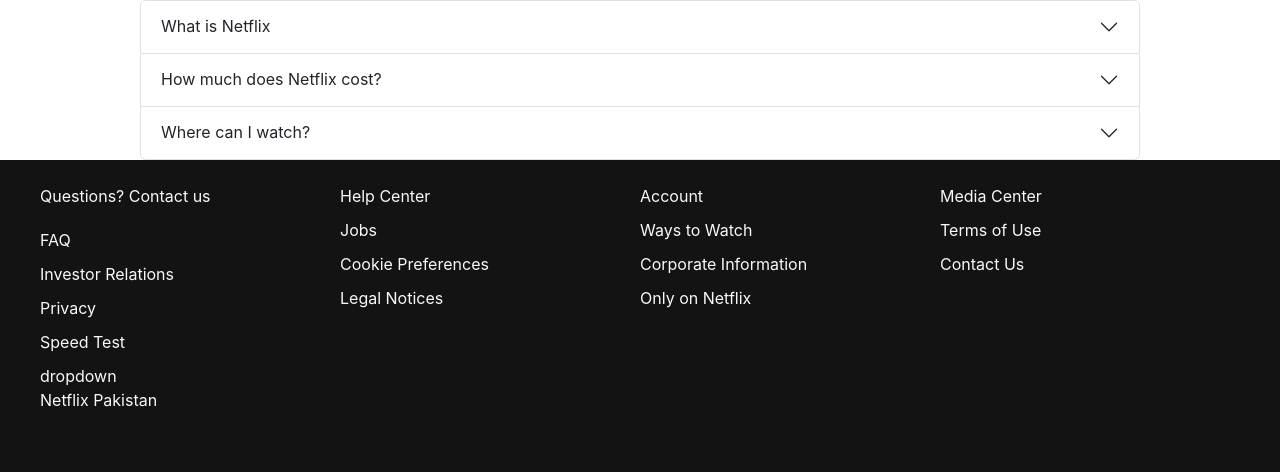
Repository: WajihaGul/Netflix-Clone
Page: /
The author's editor kept a copy of each file at every save. The page is drawn from the files as they stood at one save, then again after the next save.
The browser window is 1280 px wide. The pictures show the part of the page from y = 621 to 1252 px (the page is 1093 px tall before and 1252 px after).
The project was rebuilt for these pictures with package versions that can differ from the ones it lists, and the page was loaded fresh each time. Also part of the build but not shown: src/App.css.

Above is the page before, as saved 2024-05-24 15:09:42.

After the next save:
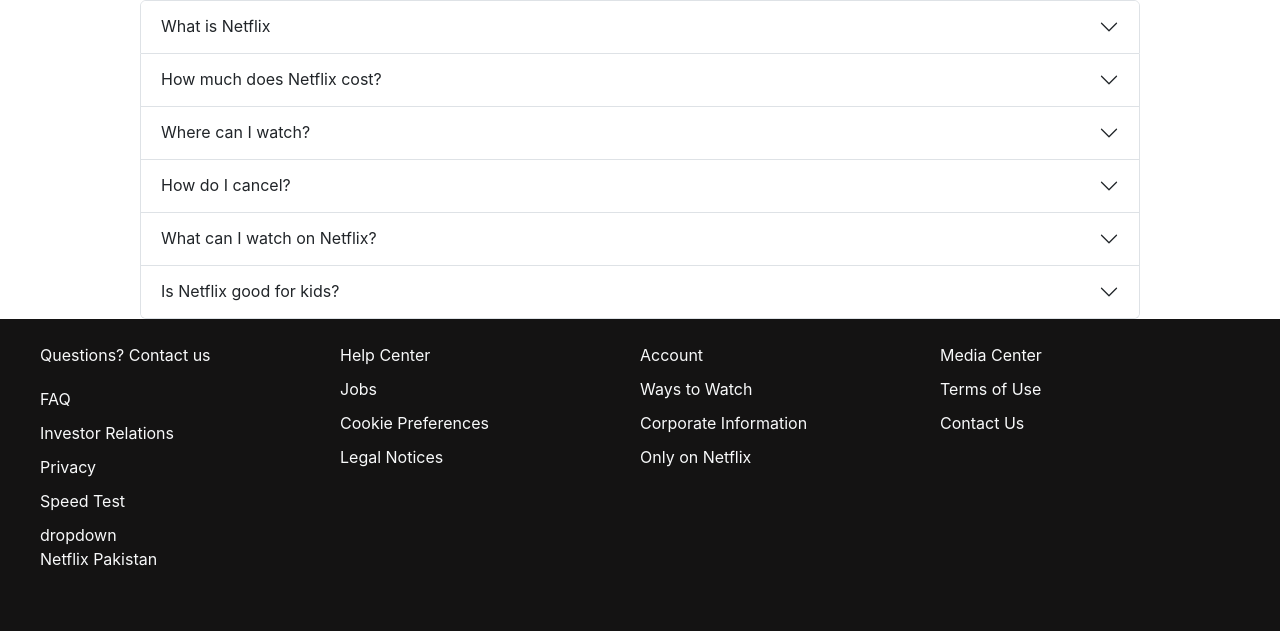
Saved 2 min 57 s later.
--- a/src/Components/FAQs/FAQs.jsx
+++ b/src/Components/FAQs/FAQs.jsx
@@ -89,6 +89,84 @@
           </div>
         </div>
       </div>
+      <div className="accordion-item">
+        <h2 className="accordion-header">
+          <button
+            className="accordion-button collapsed"
+            type="button"
+            data-bs-toggle="collapse"
+            data-bs-target="#flush-collapseOne"
+            aria-expanded="false"
+            aria-controls="flush-collapseOne"
+          >
+            How do I cancel?
+          </button>
+        </h2>
+        <div
+          id="flush-collapseOne"
+          className="accordion-collapse collapse"
+          data-bs-parent="#accordionFlushExample"
+        >
+          <div className="accordion-body">
+            Netflix is flexible. There are no pesky contracts and no
+            commitments. You can easily cancel your account online in two
+            clicks. There are no cancellation fees – start or stop your account
+            anytime.
+          </div>
+        </div>
+      </div>
+      <div className="accordion-item">
+        <h2 className="accordion-header">
+          <button
+            className="accordion-button collapsed"
+            type="button"
+            data-bs-toggle="collapse"
+            data-bs-target="#flush-collapseTwo"
+            aria-expanded="false"
+            aria-controls="flush-collapseTwo"
+          >
+            What can I watch on Netflix?
+          </button>
+        </h2>
+        <div
+          id="flush-collapseTwo"
+          className="accordion-collapse collapse"
+          data-bs-parent="#accordionFlushExample"
+        >
+          <div className="accordion-body">
+            Netflix has an extensive library of feature films, documentaries, TV
+            shows, anime, award-winning Netflix originals, and more. Watch as
+            much as you want, anytime you want.
+          </div>
+        </div>
+      </div>
+      <div className="accordion-item">
+        <h2 className="accordion-header">
+          <button
+            className="accordion-button collapsed"
+            type="button"
+            data-bs-toggle="collapse"
+            data-bs-target="#flush-collapseThree"
+            aria-expanded="false"
+            aria-controls="flush-collapseThree"
+          >
+            Is Netflix good for kids?
+          </button>
+        </h2>
+        <div
+          id="flush-collapseThree"
+          className="accordion-collapse collapse"
+          data-bs-parent="#accordionFlushExample"
+        >
+          <div className="accordion-body">
+            The Netflix Kids experience is included in your membership to give
+            parents control while kids enjoy family-friendly TV shows and movies
+            in their own space. Kids profiles come with PIN-protected parental
+            controls that let you restrict the maturity rating of content kids
+            can watch and block specific titles you don’t want kids to see.
+          </div>
+        </div>
+      </div>
     </div>
   );
 };
